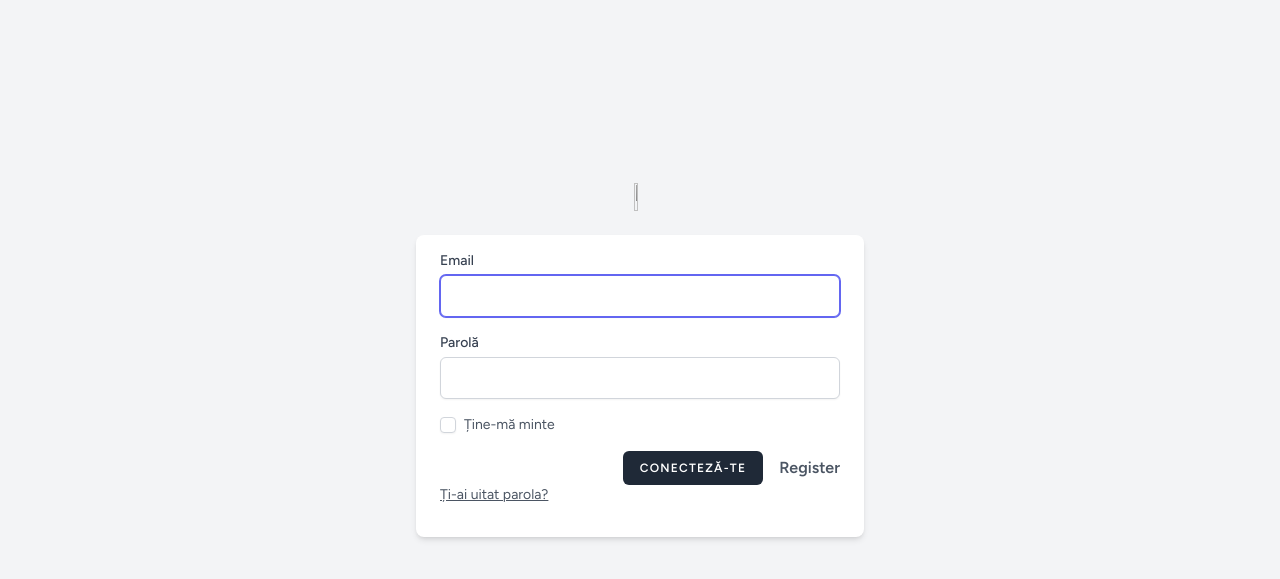
Repository: cosmin05072018/fantastic-events-manager
Page: http://localhost/login
These files come from the project's save history. The page is drawn as it stood at one moment and after the next save; the edit follows.
The browser window is 1280 px wide. The pictures show the whole page.
The page is served by the project's Laravel application, run on PHP 8.4 with Laravel 10. Style sheets and scripts are compiled from the project's sources, by tool versions that may differ from the author's.

Above is the page before, as saved 2024-11-03 17:56:01.

After the next save:
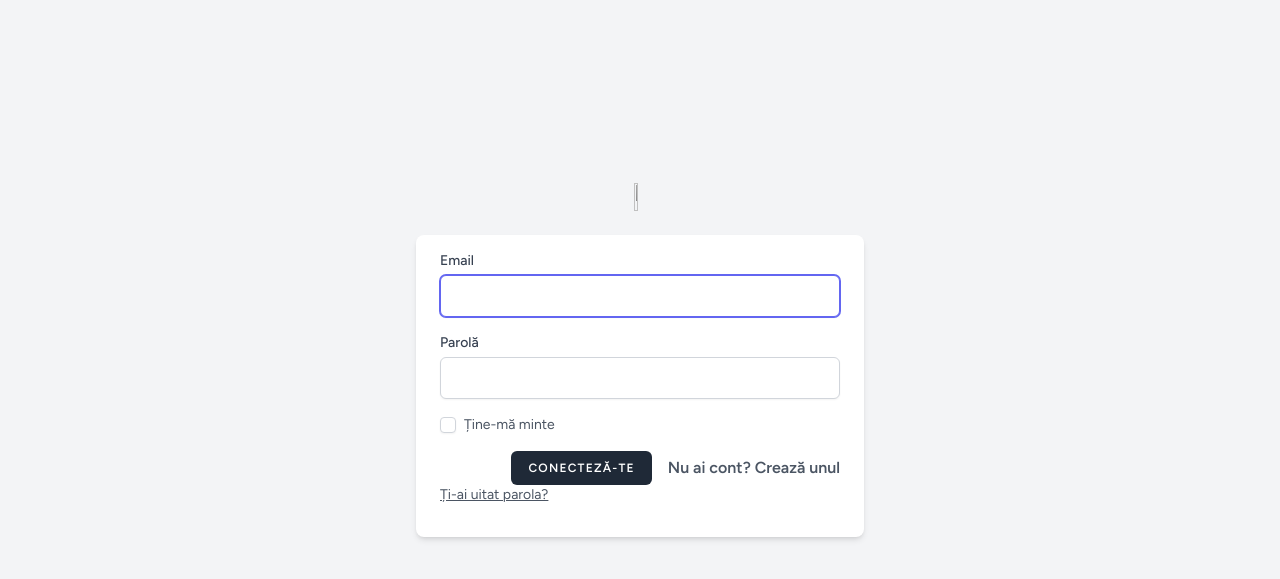
Saved 40 s later.
--- a/resources/views/auth/login.blade.php
+++ b/resources/views/auth/login.blade.php
@@ -47,15 +47,15 @@
                 {{ __('Conecteză-te') }}
             </x-primary-button>
             @if (Route::has('register'))
-                        <a href="{{ route('register') }}"
-                            class="ml-4 font-semibold text-gray-600 hover:text-gray-900 dark:text-gray-400 dark:hover:text-white focus:outline focus:outline-2 focus:rounded-sm focus:outline-red-500">Register</a>
-                    @endif
+                <a href="{{ route('register') }}"
+                    class="ml-4 font-semibold text-gray-600 hover:text-gray-900 dark:text-gray-400 dark:hover:text-white focus:outline focus:outline-2 focus:rounded-sm focus:outline-red-500">Nu ai cont? Crează unul</a>
+            @endif
         </div>
         @if (Route::has('password.request'))
-                <a class="underline text-sm text-gray-600 dark:text-gray-400 hover:text-gray-900 dark:hover:text-gray-100 rounded-md focus:outline-none focus:ring-2 focus:ring-offset-2 focus:ring-indigo-500 dark:focus:ring-offset-gray-800"
-                    href="{{ route('password.request') }}">
-                    {{ __('Ți-ai uitat parola?') }}
-                </a>
-            @endif
+            <a class="underline text-sm text-gray-600 dark:text-gray-400 hover:text-gray-900 dark:hover:text-gray-100 rounded-md focus:outline-none focus:ring-2 focus:ring-offset-2 focus:ring-indigo-500 dark:focus:ring-offset-gray-800"
+                href="{{ route('password.request') }}">
+                {{ __('Ți-ai uitat parola?') }}
+            </a>
+        @endif
     </form>
 </x-guest-layout>
